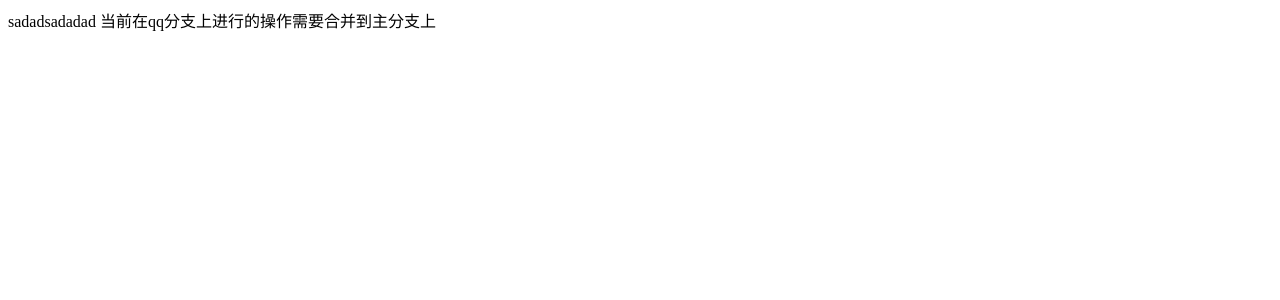
Repository: LdealHome/okmijn1234.github.io
Page: new.html
An editor plug-in stored every save of this project. The page is shown before and after the next save, followed by the edit.
The browser window is 1280 px wide. The pictures show the whole page.

Above is the page before, as saved 2020-06-06 17:56:14.

### new.html
sadadsadadad
当前在qq分支上进行的操作需要合并到主分支上

After the next save:
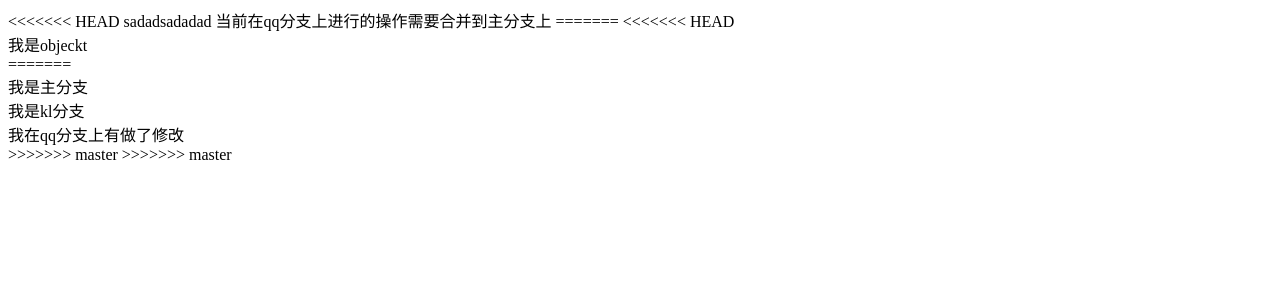
Saved 3 min 27 s later.
--- a/new.html
+++ b/new.html
@@ -1,2 +1,24 @@
+<<<<<<< HEAD
 sadadsadadad
 当前在qq分支上进行的操作需要合并到主分支上
+=======
+<!DOCTYPE html>
+<html lang="en">
+<head>
+    <meta charset="UTF-8">
+    <meta name="viewport" content="width=device-width, initial-scale=1.0">
+    <title>Document</title>
+</head>
+<body>
+<<<<<<< HEAD
+<div>我是objeckt</div>
+</body>
+</html>
+=======
+        <div>我是主分支</div>
+        <div>我是kl分支</div>
+        <div>我在qq分支上有做了修改</div>
+</body>
+</html>
+>>>>>>> master
+>>>>>>> master
